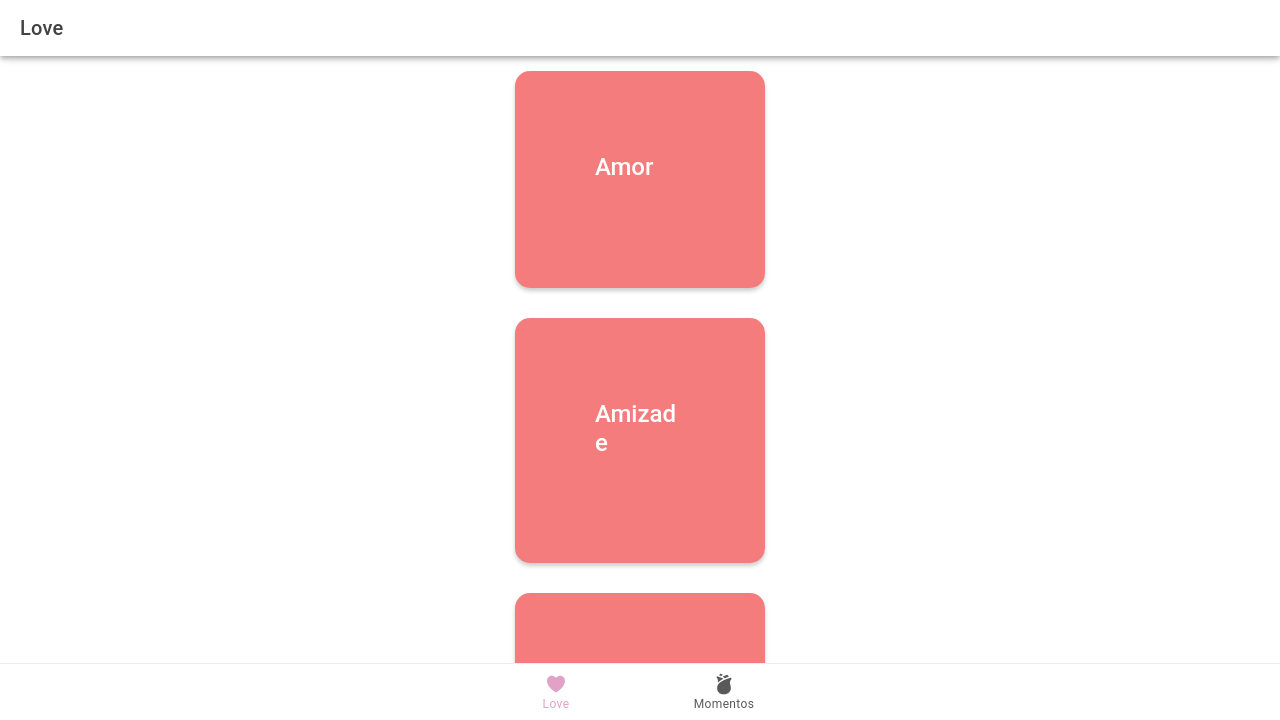
Repository: mateus-henrique-silva/lorrayne-app
Page: /
An editor plug-in stored every save of this project. The page is shown before and after the next save, followed by the edit.
The browser window is 1280 px wide. The pictures show the whole page.
The project was rebuilt for these pictures with package versions that can differ from the ones it lists, and the page was loaded fresh each time. Also part of the build but not shown: src/pages/Tab2.tsx, src/components/ExploreContainer.css, src/components/ExploreContainer.tsx, src/pages/Tab3.tsx.

Above is the page before, as saved 2022-07-05 14:38:09.

After the next save:
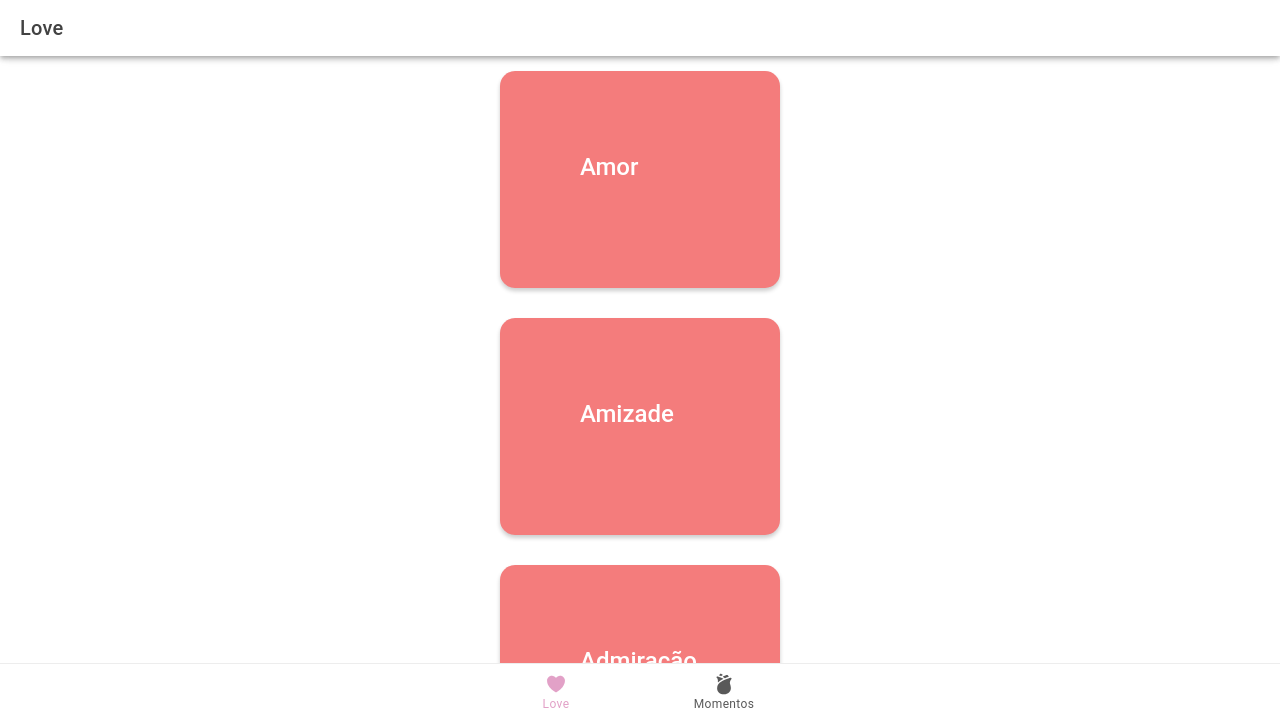
Saved 7 s later.
--- a/src/components/BoxComponents.css
+++ b/src/components/BoxComponents.css
@@ -15,7 +15,7 @@
 .BoxPrincipal{
     padding: 4rem 5rem 6rem;
     display:block;
-    width: 250px;
+    width: 280px;
     margin-top:15px;
     border-radius:15px;
     justify-content:center;
